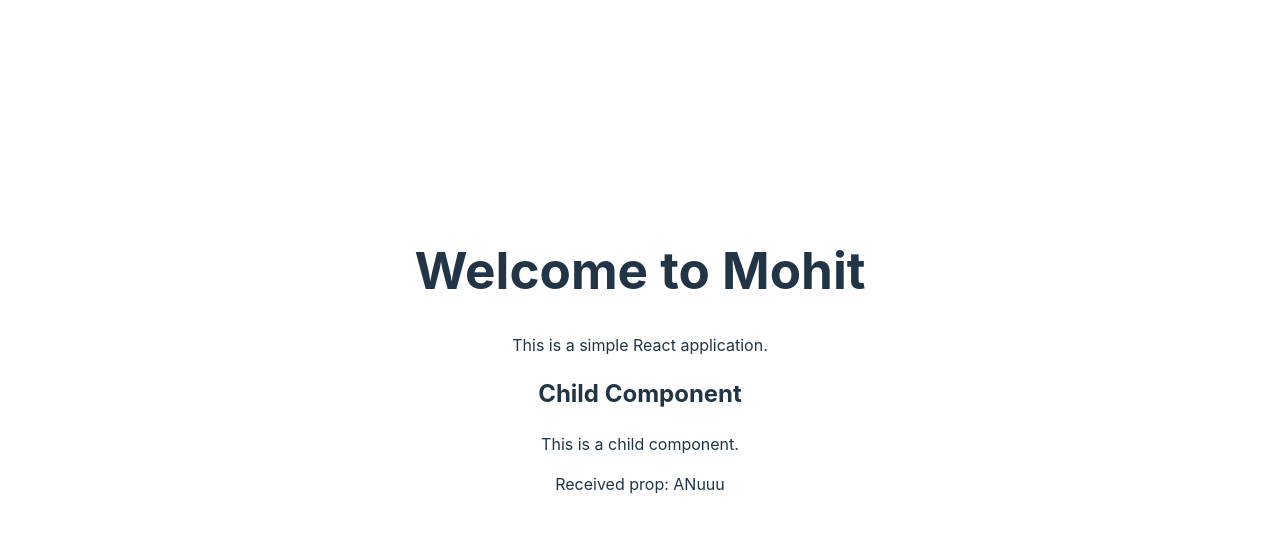
Repository: Mohitkumar1322/ReactTut
Page: / (app in MohitDecode/)
The author's editor kept a copy of each file at every save. The page is drawn from the files as they stood at one save, then again after a run of saves.
The browser window is 1280 px wide. The pictures show the whole page.
The project was rebuilt for these pictures with package versions that can differ from the ones it lists, and the page was loaded fresh each time. Also part of the build but not shown: MohitDecode/vite.config.js.

Above is the page before, as saved 2025-08-01 13:24:47.

After the next 8 saves:
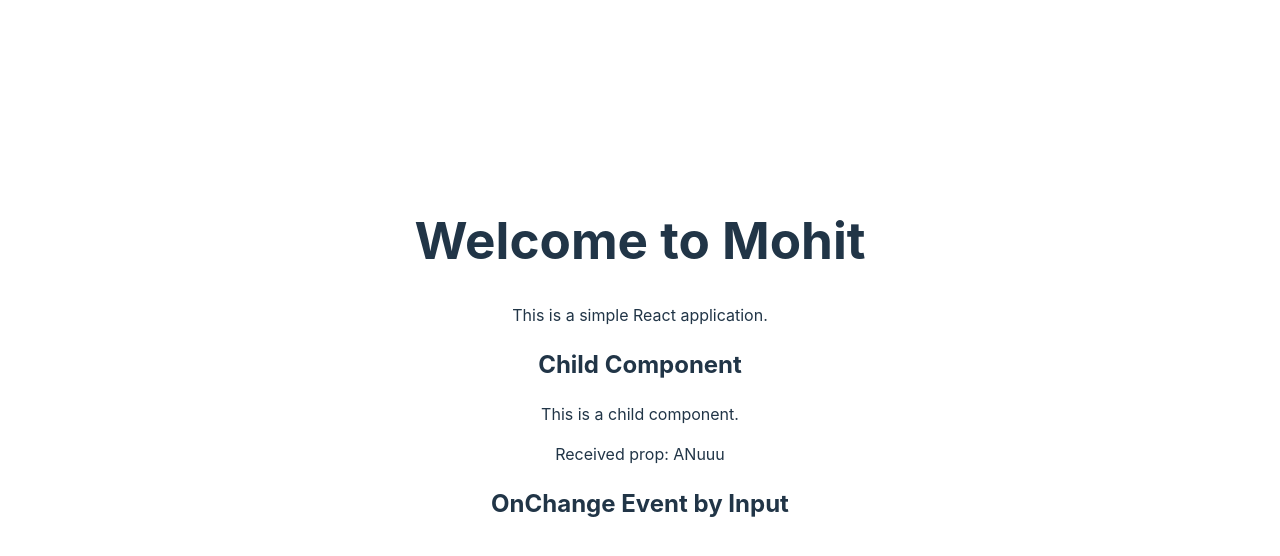
The 8 saves are shown as one change because 2 did not build or start and some came seconds apart.
The last was saved 21 s later.
--- a/MohitDecode/src/OnchangeEventByInput.jsx
+++ b/MohitDecode/src/OnchangeEventByInput.jsx
@@ -1,5 +1,9 @@
 function OnchangeEventByInput() {
-
+    return(
+        <div>
+            <h2>OnChange Event by Input </h2>
+        </div>
+    )
 }
 
 
